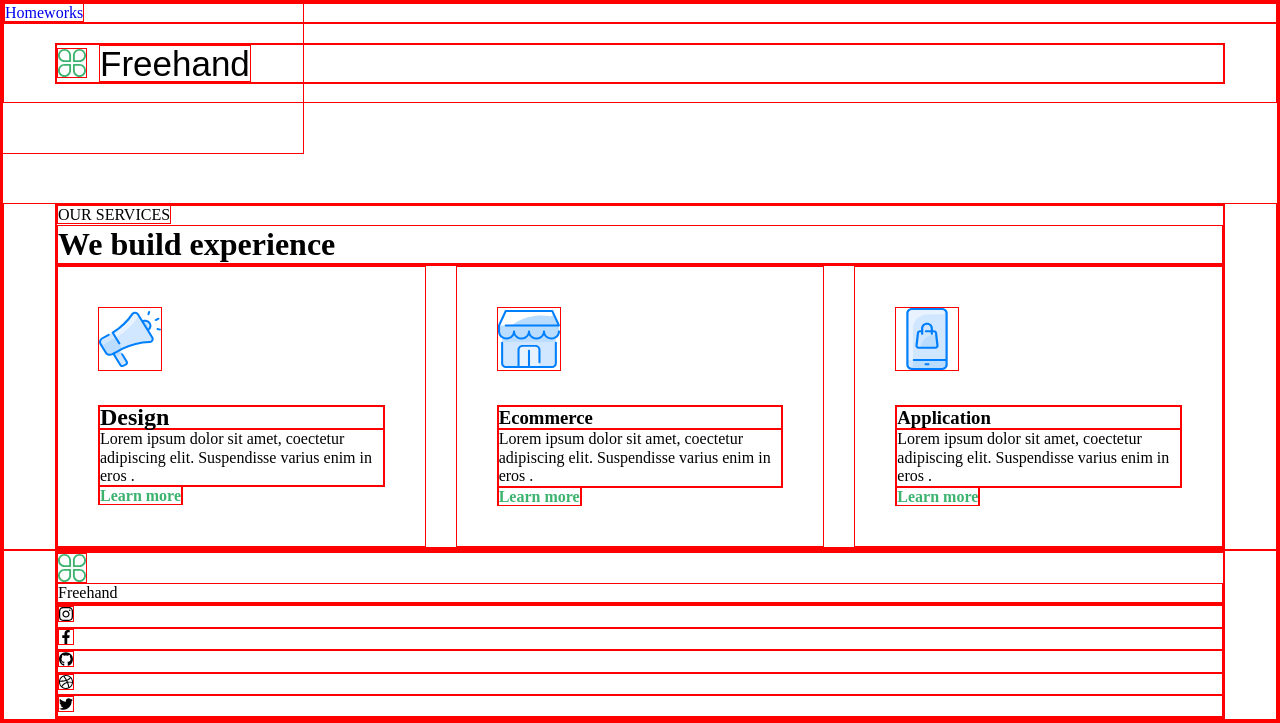
Repository: Tsiniavska/beetroot-test-project
Page: Homeworks/svg/index.html
These files come from the project's save history. The page is drawn as it stood at one moment and after the next save; the edit follows.
The browser window is 1280 px wide. The pictures show the whole page.
Some web fonts or font styles are not loaded; a fallback is used.

Above is the page before, as saved 2024-02-28 22:27:40.

After the next save:
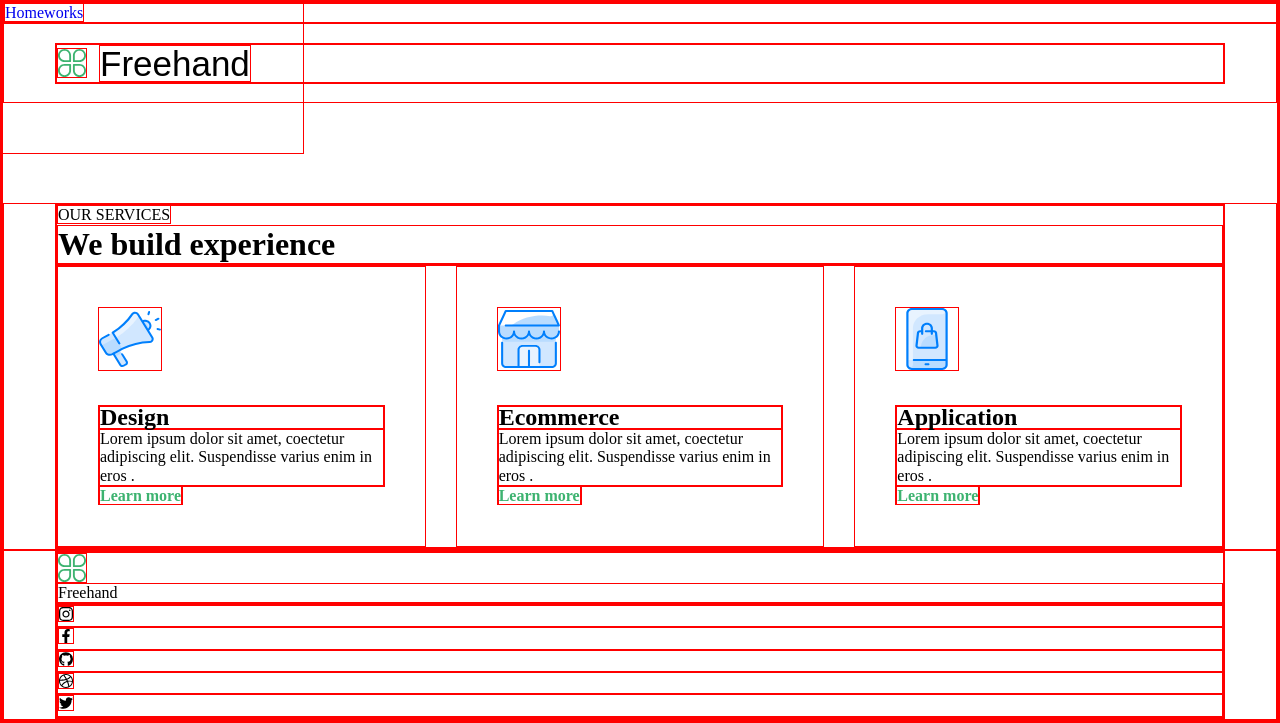
Saved 34 s later.
--- a/Homeworks/svg/index.html
+++ b/Homeworks/svg/index.html
@@ -237,7 +237,7 @@
                 <use xlink:href="#icon-building"></use>
               </svg>
               <div class="content-blocks-item-text">
-                <h3>Ecommerce</h3>
+                <h3 class="content-blocks-item-title">Ecommerce</h3>
                 <p>
                   Lorem ipsum dolor sit amet, coectetur adipiscing elit.
                   Suspendisse varius enim in eros .
@@ -252,7 +252,7 @@
                 <use xlink:href="#icon-phone"></use>
               </svg>
               <div class="content-blocks-item-text">
-                <h3>Application</h3>
+                <h3 class="content-blocks-item-title">Application</h3>
                 <p>
                   Lorem ipsum dolor sit amet, coectetur adipiscing elit.
                   Suspendisse varius enim in eros .
